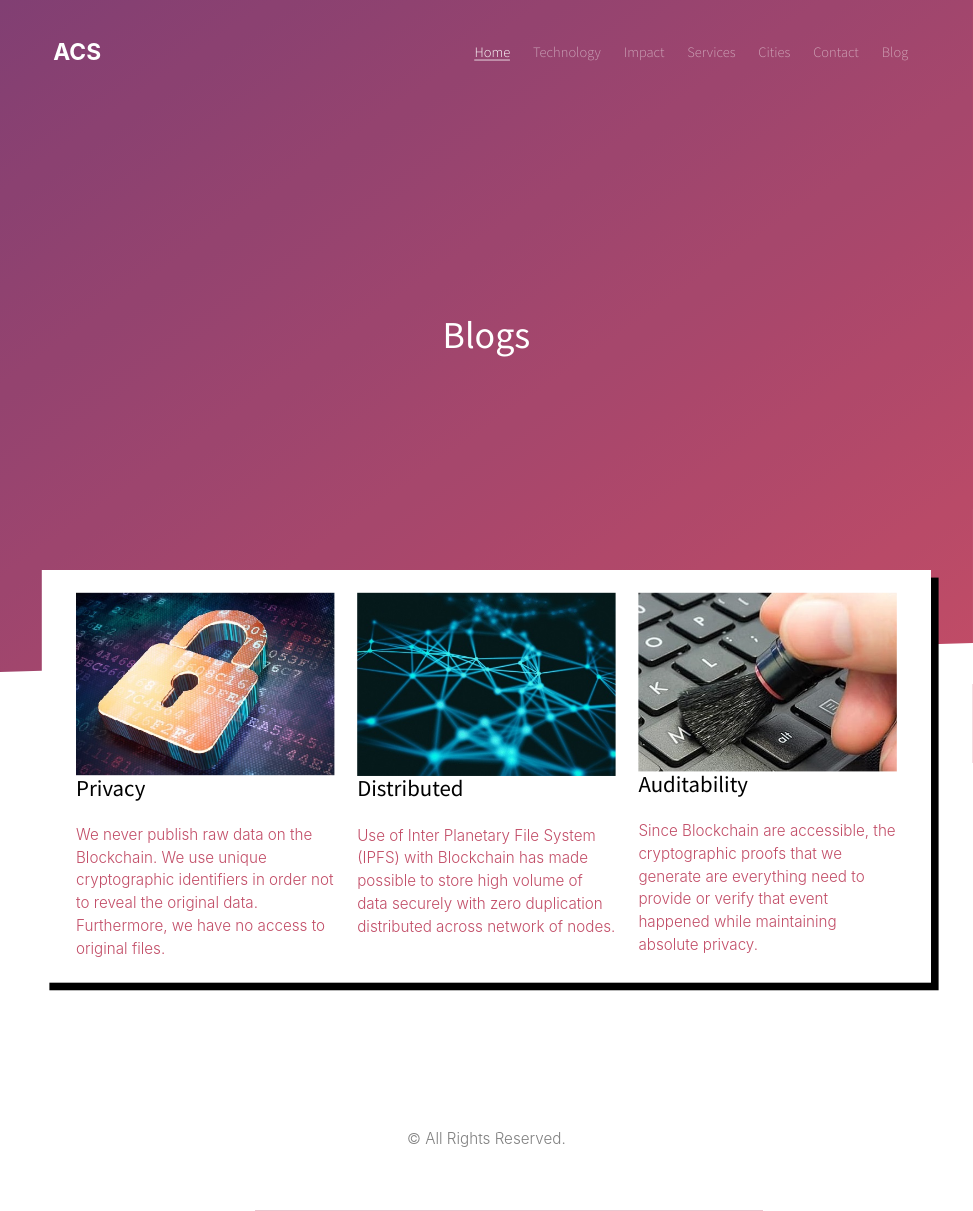
Repository: agarwalrahul-22/acs
Page: /blog
The author's editor kept a copy of each file at every save. The page is drawn from the files as they stood at one save, then again after a run of saves.
The browser window is 1280 px wide. The pictures show the whole page, at 76% of full size.
Some web fonts or font styles are not loaded; a fallback is used. The project was rebuilt for these pictures with package versions that can differ from the ones it lists, and the page was loaded fresh each time. Also part of the build but not shown: src/components/main/LandingComponent.js, src/components/main/TechComponent.js, src/components/main/ImpactComponent.js, src/components/main/ServicesComponent.js, src/components/main/CitiesComponent.js, src/components/MainComponent.js.

Above is the page before, as saved 2022-10-10 22:07:10.

After the next 2 saves:
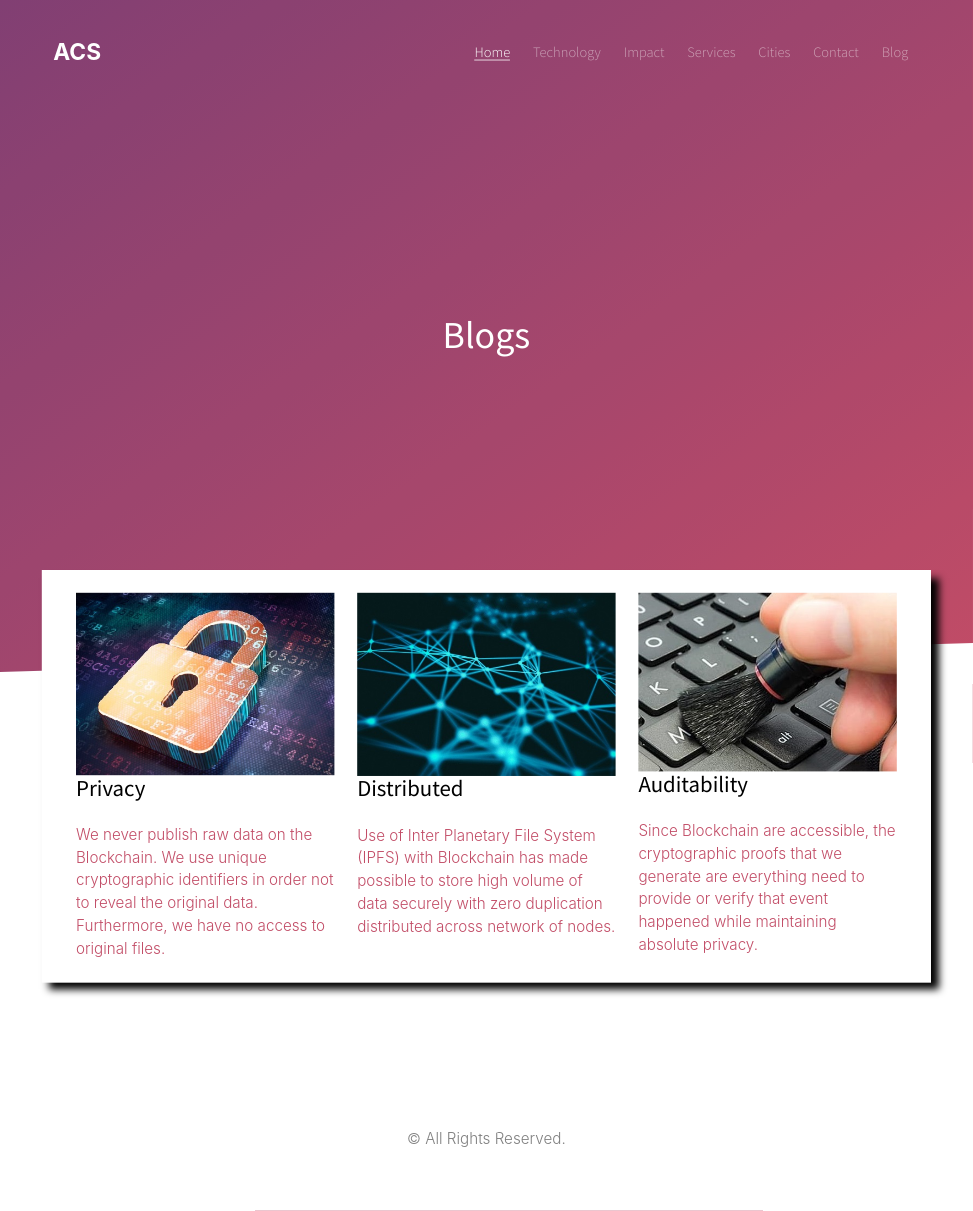
The 2 saves are shown as one change because they came seconds apart.
The last was saved 20 s later.
--- a/src/components/BlogComponent.js
+++ b/src/components/BlogComponent.js
@@ -30,7 +30,7 @@ function BlogComponent() {
       <section id="fh5co-intro">
         <div className="container">
           <div className="row row-bottom-padded-lg"
-          style={{backgroundColor:'white', padding:'30px', boxShadow:'10px 10px black'}}
+          style={{backgroundColor:'white', padding:'30px', boxShadow:'10px 10px 10px black'}}
           >
             <div className="col-md-4 col-sm-6 col-xxs-12">
               <a
